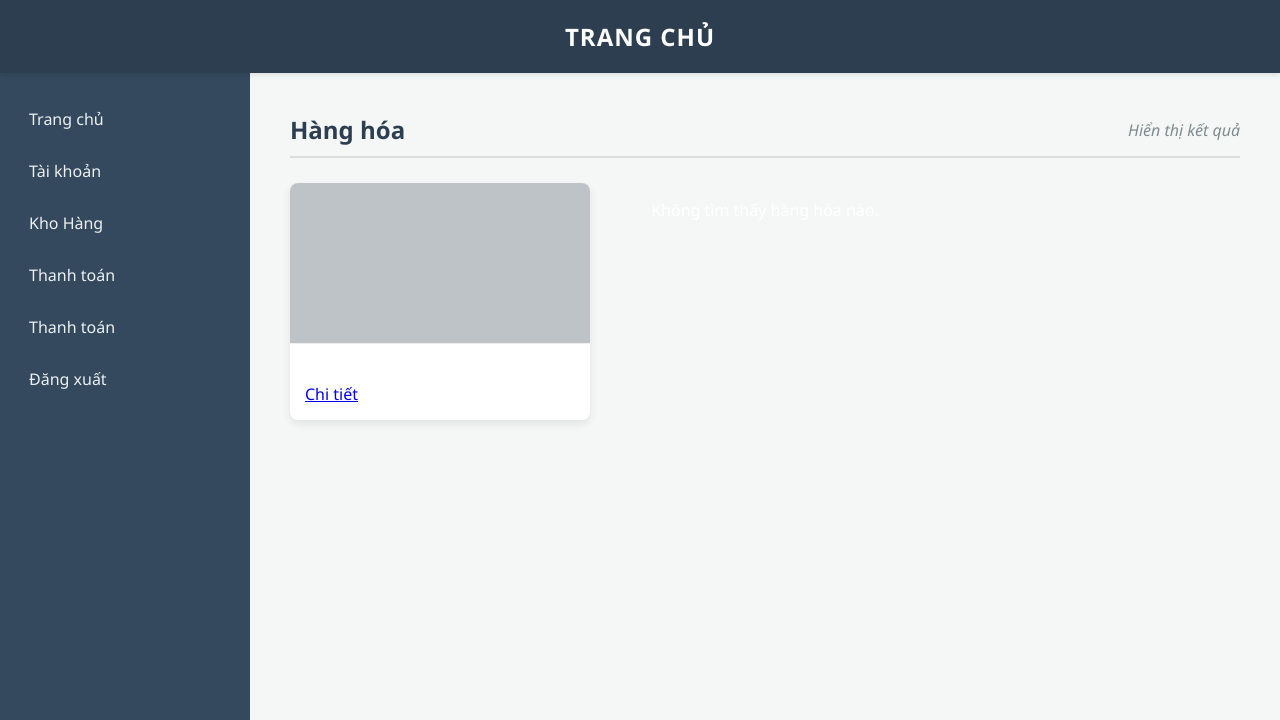
Repository: Chien02/SOAProjects
Page: http://localhost/QuanLyHangHoaWebClient/dashboard.jsp
An editor plug-in stored every save of this project. The page is shown before and after the next save, followed by the edit.
The browser window is 1280 px wide. The pictures show the whole page.
The page is served by Tomcat 9. Nobody is signed in. The application's start-up code is not run. Other server files are loaded and not shown. The template is opened directly, without the code that normally fills it, so the values that code supplies are empty.

Above is the page before, as saved 2026-03-23 18:28:04.

### QuanLyHangHoaWebClient/WebContent/dashboard.jsp
<%@ page language="java" contentType="text/html; charset=UTF-8"
    pageEncoding="UTF-8"%>
<!DOCTYPE html>
<html>
<head>
	<meta charset="UTF-8">
	<title>KHO HANG HOA</title>
	<link rel="stylesheet" href="styles/styles.css">
</head>
<body>
	<h2>TRANG CHỦ</h2>
	<aside>
		<a href="#">Trang chủ</a>
		<a href="userInfo.jsp">Tài khoản</a>
		<c:if test="${khachHang != null && khachHang.laAdmin}">
			<a href="hanghoa?action=inventory">Kho Hàng</a>
		</c:if>
		<c:if test="${khachHang != null && khachHang.laAdmin == false}">
			<a href="invoice?action=payment">Thanh toán</a>
		</c:if>
		<a href="invoice?action=payment">Thanh toán</a>
		<a href="customer?action=dangXuat">Đăng xuất</a>

	</aside>
	<main>
		<div class="section-header">
            <h2 class="section-title">Hàng hóa</h2>
            <span class="goods-count">Hiển thị ${goodsList.size()} kết quả</span>
        </div>

		<div class="goods-grid">
    		<c:forEach items="${goodsList}" var="dto">
        		<div class="goods-card">
            		<div class="goods-thumbnail" style="background-image: url('${dto.imageUrl}'); background-size: cover; background-position: center;"></div>
            			<div class="goods-info">
                			<h3 class="goods-title">${dto.ten}</h3>
                				<span class="goods-producer">${dto.nsxuat}</span>
                				<span class="goods-price">${dto.donGia}</span>
                			<a href="hangHoa?action=chiTiet&maSo=${dto.maSo}" class="btn-rent">Chi tiết</a>
            			</div>
        		</div>
    		</c:forEach>

    	<c:if test="${empty goodsList}">
        		<p style="color: white; text-align: center; width: 100%;">Không tìm thấy hàng hóa nào.</p>
    	</c:if>
	</main>
</body>
</html>

### QuanLyHangHoaWebClient/WebContent/styles/styles.css
/* =========================================
   1. BỐ CỤC CHUNG (GRID) - DÙNG CHUNG CHO MỌI TRANG
   ========================================= */
body {
    margin: 0;
    padding: 0;
    font-family: 'Segoe UI', Tahoma, Geneva, Verdana, sans-serif;
    background-color: #f4f7f6;
    color: #333;
    display: grid;
    grid-template-columns: 250px 1fr;
    grid-template-rows: auto 1fr;
    min-height: 100vh;
}

/* Chỉ nhắm vào thẻ h2 nằm ngoài cùng (Header tổng) */
body > h2 {
    grid-column: 1 / 3;
    background-color: #2c3e50; /* Xanh đen */
    color: #ffffff;
    margin: 0;
    padding: 20px;
    text-align: center;
    letter-spacing: 1px;
    box-shadow: 0 2px 5px rgba(0,0,0,0.1);
    z-index: 10;
}

/* =========================================
   2. TRÌNH ĐƠN BÊN TRÁI (ASIDE)
   ========================================= */
aside {
    background-color: #34495e;
    display: flex;
    flex-direction: column;
    padding-top: 20px;
}

aside a {
    display: block;
    width: 100%;
    box-sizing: border-box;
    color: #ecf0f1;
    text-decoration: none;
    padding: 15px 25px;
    font-size: 16px;
    text-align: left;
    border-left: 4px solid transparent;
    transition: all 0.3s ease;
}

aside a:hover,
aside a.active {
    background-color: #2c3e50;
    border-left: 4px solid #3498db;
    padding-left: 30px;
}

/* =========================================
   3. KHU VỰC NỘI DUNG CHÍNH (MAIN)
   ========================================= */
main {
    padding: 30px;
    background-color: #f4f7f6;
}

/* Header của từng phần nội dung bên trong */
.section-header {
    display: flex;
    justify-content: space-between;
    align-items: center;
    border-bottom: 2px solid #ddd;
    margin-bottom: 25px;
    padding-bottom: 10px;
}

/* Trả lại style bình thường cho h2 bên trong main */
main h2.section-title {
    margin: 0;
    color: #2c3e50;
    background-color: transparent;
    padding: 0;
    box-shadow: none;
    text-align: left;
}

.goods-count {
    color: #7f8c8d;
    font-style: italic;
}

/* =========================================
   4. DANH SÁCH HÀNG HOÁ (GRID SẢN PHẨM)
   ========================================= */
.goods-grid {
    display: grid;
    grid-template-columns: repeat(auto-fill, minmax(220px, 1fr));
    gap: 25px;
}

.goods-card {
    background: #ffffff;
    border-radius: 8px;
    overflow: hidden;
    box-shadow: 0 4px 8px rgba(0,0,0,0.08);
    display: flex;
    flex-direction: column;
    transition: transform 0.2s, box-shadow 0.2s;
}

.goods-card:hover {
    transform: translateY(-5px);
    box-shadow: 0 8px 15px rgba(0,0,0,0.15);
}

.goods-thumbnail {
    height: 160px;
    width: 100%;
    background-color: #bdc3c7;
    border-bottom: 1px solid #eee;
}

.goods-info {
    padding: 15px;
    display: flex;
    flex-direction: column;
    gap: 8px;
    flex-grow: 1;
}

.goods-title {
    margin: 0;
    font-size: 18px;
    color: #2c3e50;
    font-weight: bold;
}

.goods-producer {
    color: #7f8c8d;
    font-size: 14px;
}

/* Đổi tên từ game-price thành item-price */
.item-price {
    color: #e74c3c;
    font-weight: bold;
    font-size: 16px;
    margin-top: auto;
}

/* Đổi tên từ btn-rent thành btn-detail */
.btn-detail {
    display: block;
    text-align: center;
    background-color: #3498db;
    color: white;
    padding: 10px;
    border-radius: 4px;
    text-decoration: none;
    font-weight: bold;
    margin-top: 10px;
    transition: background 0.3s;
}

.btn-detail:hover {
    background-color: #2980b9;
}

/* =========================================
   3. PHẦN NỘI DUNG CHÍNH (MAIN)
   ========================================= */
main {
    padding: 40px;
    background-color: #f4f7f6;
}

main div > p {
    font-size: 16px;
    line-height: 1.8;
    background: #fff;
    padding: 10px 15px;
    border-radius: 5px;
    border-left: 4px solid #3498db;
    margin-bottom: 15px;
    box-shadow: 0 1px 3px rgba(0,0,0,0.05);
}

button {
    background-color: #3498db;
    color: white;
    border: none;
    padding: 12px 24px;
    font-size: 16px;
    border-radius: 5px;
    cursor: pointer;
    font-weight: bold;
    transition: background 0.3s;
    margin-top: 10px;
}

button:hover {
    background-color: #2980b9;
}

.modal {
    /* Cố định modal phủ kín toàn màn hình */
    position: fixed;
    z-index: 1000;
    left: 0;
    top: 0;
    width: 100%;
    height: 100%;
    background-color: rgba(0, 0, 0, 0.6); /* Nền đen mờ 60% */
}

.modal-content {
    background-color: #ffffff;
    margin: 8% auto; /* Cách top 8% và tự động căn giữa ngang */
    padding: 30px 40px;
    border-radius: 8px;
    width: 90%;
    max-width: 450px; /* Độ rộng tối đa của form */
    box-shadow: 0 5px 15px rgba(0,0,0,0.3);
    position: relative;
    animation: fadeIn 0.3s ease; /* Hiệu ứng trượt hiện ra nhẹ nhàng */
}

/* Nút X đóng modal */
.close-btn {
    font-size: 28px;
    font-weight: bold;
    color: #aaa;
    position: absolute;
    top: 15px;
    right: 20px;
    transition: color 0.2s;
}

.close-btn:hover {
    color: #e74c3c;
}

/* =========================================
   5. STYLE CHO FORM TRONG MODAL
   ========================================= */
form {
    display: flex;
    flex-direction: column;
}

form label {
    font-weight: bold;
    margin-top: 15px;
    margin-bottom: 5px;
    color: #2c3e50;
}

form input[type="text"] {
    padding: 12px;
    border: 1px solid #ccc;
    border-radius: 4px;
    font-size: 15px;
    outline: none;
    transition: border 0.3s;
}

form input[type="text"]:focus {
    border-color: #3498db;
    box-shadow: 0 0 5px rgba(52, 152, 219, 0.3);
}

/* Hiệu ứng hoạt hình nhỏ khi bật modal */
@keyframes fadeIn {
    from { opacity: 0; transform: translateY(-20px); }
    to { opacity: 1; transform: translateY(0); }
}

After the next save:
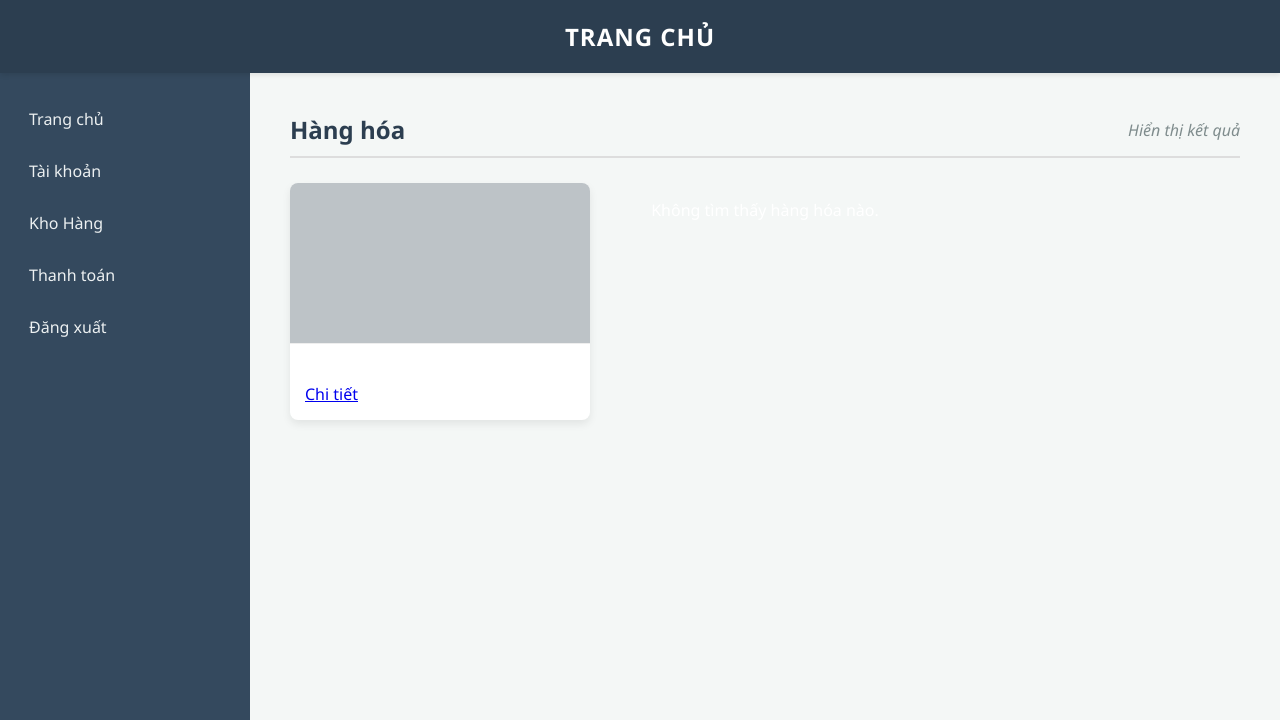
Saved 55 s later.
--- a/QuanLyHangHoaWebClient/WebContent/dashboard.jsp
+++ b/QuanLyHangHoaWebClient/WebContent/dashboard.jsp
@@ -18,7 +18,6 @@
 		<c:if test="${khachHang != null && khachHang.laAdmin == false}">
 			<a href="invoice?action=payment">Thanh toán</a>
 		</c:if>
-		<a href="invoice?action=payment">Thanh toán</a>
 		<a href="customer?action=dangXuat">Đăng xuất</a>
 
 	</aside>
